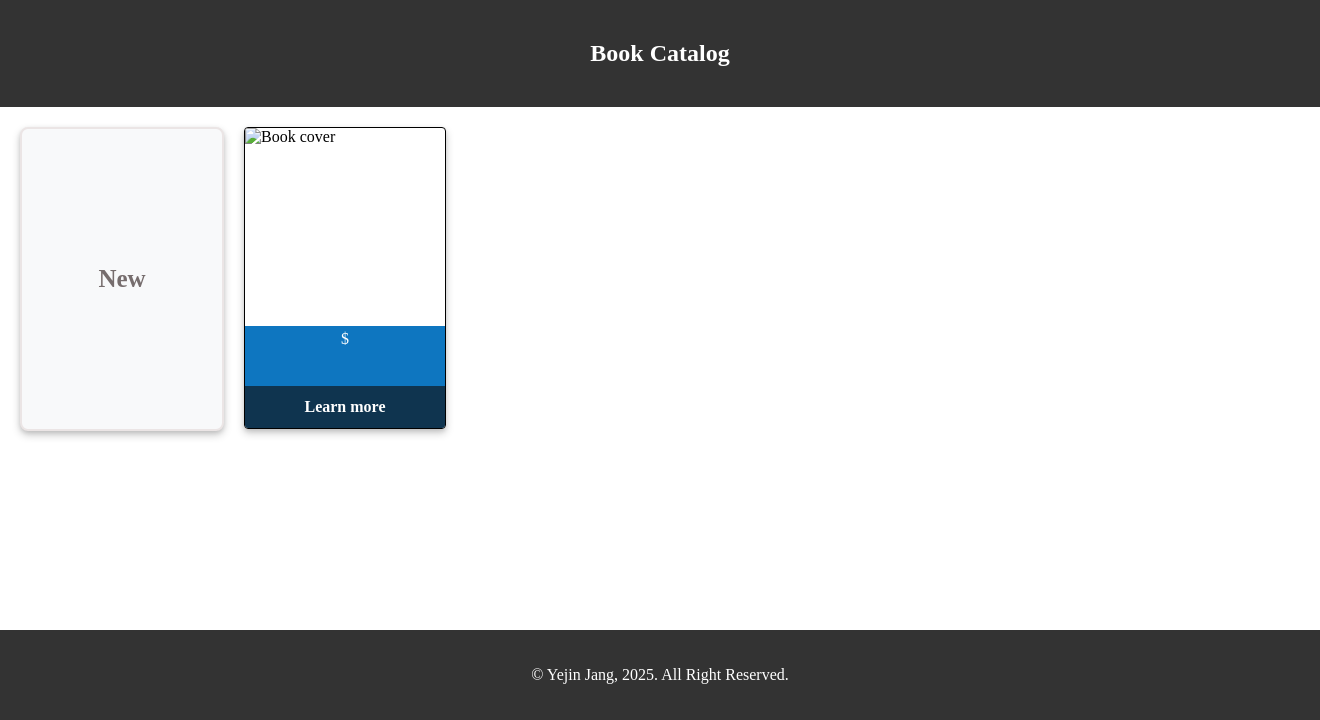
Repository: Yejin-Digital/Lab3-Assignment-BookCatalog
Page: /
The author's editor kept a copy of each file at every save. The page is drawn from the files as they stood at one save, then again after the next save.
The browser window is 1280 px wide. The page is 1320 px wide, so the pictures cover 1320 px, including what lies to the right of the window. The pictures show the whole page.
The project was rebuilt for these pictures with package versions that can differ from the ones it lists, and the page was loaded fresh each time. Also part of the build but not shown: vite.config.js.

Above is the page before, as saved 2025-09-19 13:09:37.

### index.html
<!DOCTYPE html>
<html lang="en">
  <head>
    <meta charset="UTF-8" />
    <link rel="icon" type="image/svg+xml" href="/vite.svg" />
    <meta name="viewport" content="width=device-width, initial-scale=1.0" />
    <title>Book Catalog Assignment</title>
  </head>
  <body>
    <div id="root"></div>
    <script type="module" src="/src/main.jsx"></script>
  </body>
</html>

### src/index.css
html {
  font-family: 'Times New Roman', Times, serif;
}

body {
  margin: 0;
  min-height: 100vh;
  display: flex;
  flex-direction: column;
  align-items: center;
}

.app {
  display: flex;
  flex-direction: column;
  width: 100%;
  margin: 0 auto;
  min-height: 100%;
}

#root {
  width: 100%;
}

.content {
  display: flex;
  flex-direction: row;
  margin: 20px;
  gap: 20px;
}

.header-content {
  background-color: #333;
  color: white;
  text-align: center;
  padding: 20px;
  width: 100%;
}

.footer-content {
  position: fixed;
  left: 0;
  bottom: 0;
  background-color: #333;
  color: white;
  text-align: center;
  padding: 20px;
  width: 100%;
}

### src/App.jsx
import Header from './components/Header';
import Footer from './components/Footer';
import NewBook from './components/NewBook';
import BookListCard from './components/BookListCard';

function App() {
  return (
    <div className="app">
      <section>
        <Header />
        <div className="content">
          <NewBook />
          <BookListCard />
        </div>
      </section>
      <Footer />
    </div>
  );
}

export default App;

### src/components/Header.jsx
function AppHeader() {
  return (
    <header className="header-content">
      <h1>Book Catalog</h1>
    </header>
  );
}

export default AppHeader;

### src/components/Footer.jsx
export default function Footer() {
  return (
    <footer class="footer-content">
      <p>&copy; Yejin Jang, 2025. All Right Reserved.</p>
    </footer>
  );
}

### src/components/NewBook.jsx
import './NewBook.css';

function NewBook() {
  return (
    <div className="newButton">
      <button>New</button>
    </div>
  );
}

export default NewBook;

### src/components/BookListCard.jsx
import './BookListCard.css';

function BookListCard(props) {
  return (
    <div className="bookCard">
      <div className="bookImage">
        <img src={props.image} alt="Book cover" />
      </div>
      <div className="bookInfo">
        <div className="bookAuthorContainer">
          <p className="bookPrice">${props.price}</p>
        </div>
        <a href={props.link}>Learn more</a>
      </div>
    </div>
  );
}

export default BookListCard;

### src/components/NewBook.css
.newButton {
  width: 200px;
  height: 300px;
  border: 2px solid #ebe5e5;
  border-radius: 8px;
  background-color: #f8f9fa;
  display: flex;
  align-items: center;
  justify-content: center;
  box-shadow: 0 4px 8px rgba(0, 0, 0, 0.2), 0 2px 4px rgba(0, 0, 0, 0.1);
  transition: all 0.3s ease;
  cursor: pointer;
}

.newButton:hover {
  background-color: #e9ecef;
}

button {
  font-family: 'Times New Roman', Times, serif;
  background: none;
  border: none;
  color: #766d6d;
  font-size: 25px;
  font-weight: bold;
  cursor: pointer;
  padding: 0;
}

### src/components/BookListCard.css
.bookCard {
  flex-direction: column;
  border: solid 1px black;
  width: 200px;
  height: 300px;
  display: flex;
  justify-content: space-between;
  border-radius: 4px;
  box-shadow: 0 4px 8px rgba(0, 0, 0, 0.2), 0 2px 4px rgba(0, 0, 0, 0.1);
  overflow: hidden;
  position: relative;
}

.bookImage {
  padding: 0;
  overflow: hidden;
  flex-shrink: 0;
}
.bookCard img {
  width: 100%;
  height: auto;
  max-height: 200px;
  object-fit: cover;
  margin-bottom: 0;
  display: block;
}

.bookInfo {
  display: flex;
  flex-direction: column;
  margin-top: auto;
}

.bookPrice {
  font-size: 16px;
  font-weight: 500;
  color: white;
  text-align: center;
  margin: 0;
}

a {
  width: 100%;
  font-size: 16px;
  font-weight: bold;
  color: white;
  background-color: rgb(15, 52, 79);
  text-align: center;
  margin: 0;
  padding: 12px 0;
  text-decoration: none;
  display: block;
}

a:hover {
  background-color: white;
  color: rgb(15, 52, 79);
}

.bookAuthorContainer {
  height: 56px;
  width: 100%;
  background-color: rgb(14, 118, 192);
  padding-top: 4px;
}

Loaded but not shown: src/main.jsx (common file)

After the next save:
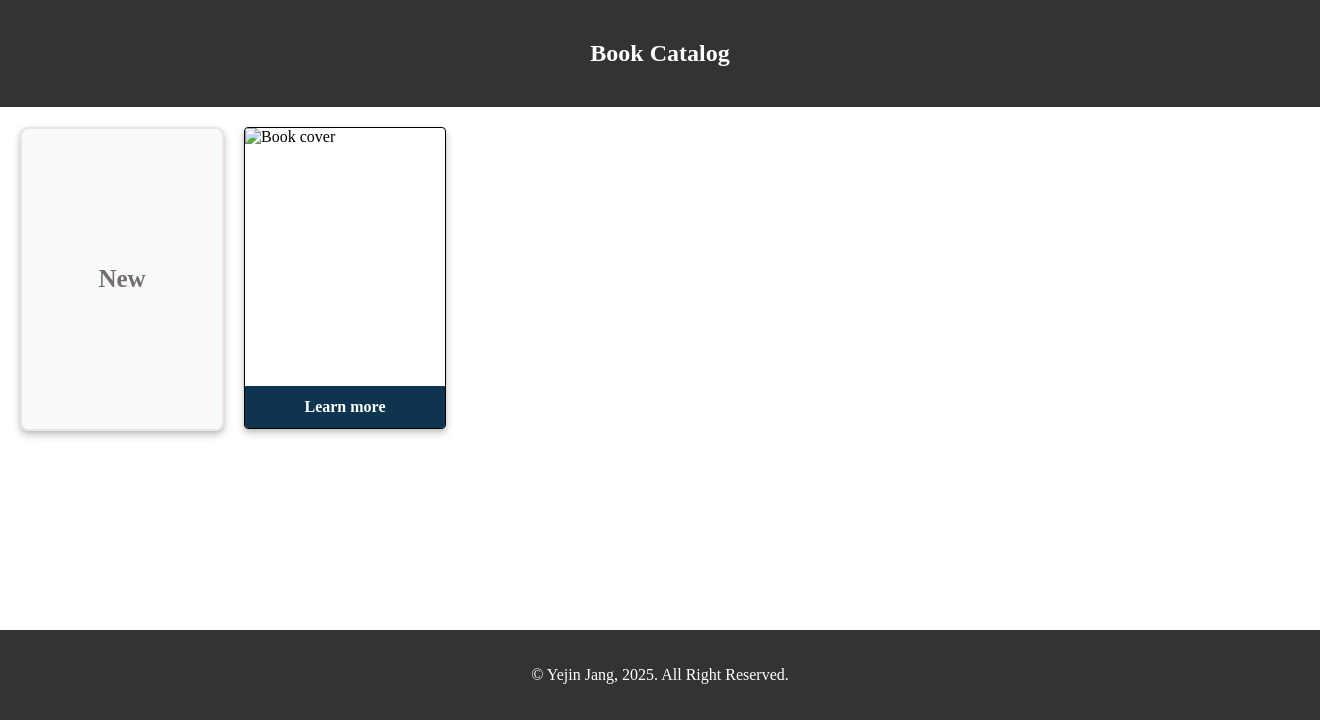
Saved 117 min 48 s later.
--- a/src/components/BookListCard.css
+++ b/src/components/BookListCard.css
@@ -60,6 +60,5 @@ a:hover {
 .bookAuthorContainer {
   height: 56px;
   width: 100%;
-  background-color: rgb(14, 118, 192);
   padding-top: 4px;
 }
